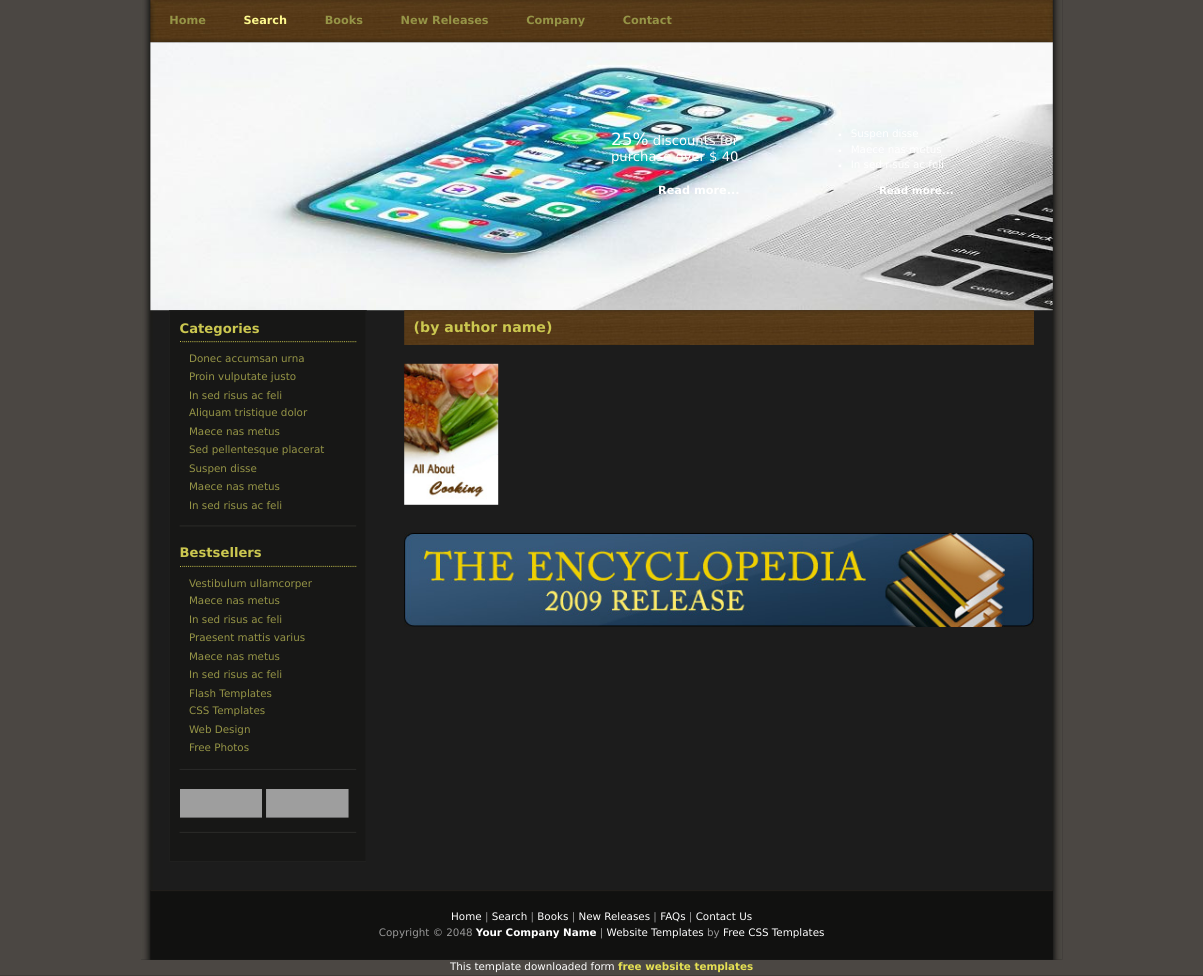
Repository: priyankamergu/MyAllProjects
Page: http://localhost/OnlineShopping/Subpage.jsp
These files come from the project's save history. The page is drawn as it stood at one moment and after the next save; the edit follows.
The browser window is 1280 px wide. The pictures show the whole page, at 94% of full size.
Pictures or frames that could not be fetched are drawn as grey boxes. The page is served by Tomcat 9. Other server files are loaded and not shown. The template is opened directly, without the code that normally fills it, so the values that code supplies are empty.

Above is the page before, as saved 2019-11-21 05:16:39.

### Workspace_JEE7_WEB/OnlineShopping/WebContent/Subpage.jsp
<!DOCTYPE html PUBLIC "-//W3C//DTD XHTML 1.0 Transitional//EN" "http://www.w3.org/TR/xhtml1/DTD/xhtml1-transitional.dtd">
<html xmlns="http://www.w3.org/1999/xhtml">
<%@ taglib prefix = "c" uri = "http://java.sun.com/jsp/jstl/core" %>
    <%@ taglib prefix = "fmt" uri = "http://java.sun.com/jsp/jstl/fmt" %>
<head>
<meta http-equiv="Content-Type" content="text/html; charset=utf-8" />
<title>Book Store Template, Free CSS Template, TemplateMo.com</title>
<meta name="keywords" content="Book Store Template, Free CSS Template, CSS Website Layout, CSS, HTML, TemplateMo.com" />
<meta name="description" content="Book Store Template, Free CSS Template, Download CSS Website from TemplateMo.com" />
<link href="templatemo_style.css" rel="stylesheet" type="text/css" />
</head>
<body>
<!--  Free CSS Templates from www.templatemo.com -->
<div id="templatemo_container">
	<div id="templatemo_menu">
    	<ul>
            <li><a href="index.html">Home</a></li>
            <li><a href="#" class="current">Search</a></li>
            <li><a href="index.html">Books</a></li>
            <li><a href="index.html">New Releases</a></li>
            <li><a href="#">Company</a></li>
            <li><a href="#">Contact</a></li>
    	</ul>
    </div> <!-- end of menu -->

    <div id="templatemo_header">
    	<div id="templatemo_special_offers">
        	<p>
                <span>25%</span> discounts for
        purchase over $ 40
        	</p>
			<a href="#" style="margin-left: 50px;">Read more...</a>
        </div>


        <div id="templatemo_new_books">
        	<ul>
                <li>Suspen disse</li>
                <li>Maece nas metus</li>
                <li>In sed risus ac feli</li>
            </ul>
            <a href="#" style="margin-left: 50px;">Read more...</a>
        </div>
    </div> <!-- end of header -->

    <div id="templatemo_content">

        <div id="templatemo_content_left">
        	<div class="templatemo_content_left_section">
            	<h1>Categories</h1>
                <ul>
                    <li><a href="index.html">Donec accumsan urna</a></li>
                    <li><a href="index.html">Proin vulputate justo</a></li>
                    <li><a href="#">In sed risus ac feli</a></li>
                    <li><a href="#">Aliquam tristique dolor</a></li>
                    <li><a href="#">Maece nas metus</a></li>
                    <li><a href="#">Sed pellentesque placerat</a></li>
                    <li><a href="#">Suspen disse</a></li>
                    <li><a href="#">Maece nas metus</a></li>
                    <li><a href="#">In sed risus ac feli</a></li>
            	</ul>
            </div>
			<div class="templatemo_content_left_section">
            	<h1>Bestsellers</h1>
                <ul>
                    <li><a href="#">Vestibulum ullamcorper</a></li>
                    <li><a href="#">Maece nas metus</a></li>
                    <li><a href="#">In sed risus ac feli</a></li>
                    <li><a href="#">Praesent mattis varius</a></li>
                    <li><a href="#">Maece nas metus</a></li>
                    <li><a href="#">In sed risus ac feli</a></li>
                    <li><a href="http://www.flashmo.com" target="_parent">Flash Templates</a></li>
                    <li><a href="http://www.templatemo.com" target="_parent">CSS Templates</a></li>
                    <li><a href="http://www.webdesignmo.com" target="_parent">Web Design</a></li>
                    <li><a href="http://www.photovaco.com" target="_parent">Free Photos</a></li>
            	</ul>
            </div>

            <div class="templatemo_content_left_section">
                <a href="http://validator.w3.org/check?uri=referer"><img style="border:0;width:88px;height:31px" src="http://www.w3.org/Icons/valid-xhtml10" alt="Valid XHTML 1.0 Transitional" width="88" height="31" vspace="8" border="0" /></a>
<a href="http://jigsaw.w3.org/css-validator/check/referer"><img style="border:0;width:88px;height:31px"  src="http://jigsaw.w3.org/css-validator/images/vcss-blue" alt="Valid CSS!" vspace="8" border="0" /></a>
			</div>
        </div> <!-- end of content left -->

        <div id="templatemo_content_right">

            <h1>${product.code}<span>(by author name)</span></h1>
            <div class="image_panel"><img src="images/templatemo_image_02.jpg" alt="CSS Template" width="100" height="150" /></div>
          <h2>${product.description}</h2>
         <!--   <ul>
	            <li>By Deke <a href="#">McClelland</a></li>
            	<li>January 2024</li>
                <li>Pages: 498</li>
                <li>ISBN 10: 0-496-91612-0 | ISBN 13: 9780492518154</li>
            </ul>-->
          <!--   <c:forEach items="${product.categoryList }" var="category">

            <li>${category.categoryCode}-${category.categoryDescription}</li>

            </c:forEach>-->
            <p>${product.description }</p>





             <div class="cleaner_with_height">&nbsp;</div>

            <a href="index.html"><img src="images/templatemo_ads.jpg" alt="css template ad" /></a>

        </div> <!-- end of content right -->

    	<div class="cleaner_with_height">&nbsp;</div>
    </div> <!-- end of content -->

    <div id="templatemo_footer">
	       <a href="index.html">Home</a> | <a href="index.html">Search</a> | <a href="index.html">Books</a> | <a href="#">New Releases</a> | <a href="#">FAQs</a> | <a href="#">Contact Us</a><br />
        Copyright © 2048 <a href="#"><strong>Your Company Name</strong></a> | <a href="http://www.iwebsitetemplate.com" target="_parent">Website Templates</a> by <a href="http://www.templatemo.com" target="_parent">Free CSS Templates</a>
	</div> <!-- end of footer -->
<!--  Free CSS Template www.templatemo.com -->
</div> <!-- end of container -->
<div align=center>This template  downloaded form <a href='http://all-free-download.com/free-website-templates/'>free website templates</a></div></body>
</html>

### Workspace_JEE7_WEB/OnlineShopping/WebContent/templatemo_style.css
/*
CSS Credit: http://www.templatemo.com/
*/

body {
	margin: 0;
	padding: 0;
	line-height: 1.5em;
	font-family: Verdana, Arial, san-serif;
	font-size: 11px;
	color: #ffffff;
	background: #4b4743;
}

a:link, a:visited { color: #e6e154; text-decoration: none; font-weight: bold;}
a:active, a:hover { color: #e6e154; text-decoration: underline;}

p {
	margin: 0px;
	padding: 0px;
}

img {
	margin: 0px;
	padding: 0px;
	border: none;
}


.cleaner {
	clear: both;
	width: 100%;
	height: 1px;
	font-size: 1px;
}

.cleaner_with_height {
	clear: both;
	width: 100%;
	height: 30px;
	font-size: 1px;
}

.cleaner_with_width {
	float: left;
	width: 20px;
	height: 30px;
	font-size: 1px;
}

.buy_now_button a{
	clear: both;
	text-align: center;
	display: block;
	width: 100px;
	padding: 4px 0 5px 0;
	margin-bottom: 10px;
	background: url(images/templatemo_btn_02.jpg) no-repeat;
	color: #FFFFFF;
	font-weight: bold;
	text-decoration: none;
}

.detail_button a{
	clear: both;
	text-align: center;
	display: block;
	width: 100px;
	padding: 4px 0 5px 0;
	margin-bottom: 10px;
	background: url(images/templatemo_btn_01.jpg) no-repeat;
	color: #ffffff;
	font-weight: bold;
	text-decoration: none;
}

#templatemo_container{
	width: 960px;
	margin: 0 auto;
	padding: 0 10px;
	background: #1c1c1b url(images/templatemo_bg.jpg) repeat-y;
}


/* menu */

#templatemo_menu {
	clear: both;
	width: 960px;
	height: 45px;
	background: url(images/templatemo_menu_bg.jpg) no-repeat;
}

#templatemo_menu ul {
	padding: 13px 0 0 0;
	margin: 0;
	list-style: none;
}

#templatemo_menu ul li{
	display: inline;
}

#templatemo_menu ul li a{
	float: left;
	padding: 0 20px;
	font-size: 12px;
	font-weight: bold;
	text-align: center;
	text-decoration: none;
	color: #969547;
}

#templatemo_menu li a:hover, #templatemo_menu li .current{
	color: #fcf88e;
}

/* end of menu*/

/* header */
#templatemo_header {
	clear: both;
	width: 960px;
	height: 285px;
	padding: 0;
	margin: 0;
	background: url(images/headermain.jpg) no-repeat;
}

#templatemo_header a,a:hover {
	color: #ffffff;
}

#templatemo_header #templatemo_special_offers {
	float: left;
	font-size: 14px;
	margin-top: 95px;
	margin-left: 490px;
	width: 180px;
}

#templatemo_special_offers a {
	font-size: 12px;
}

#templatemo_special_offers  p {
	margin: 0 0 20px 0;
}
#templatemo_special_offers p span {
	font-size: 18px;
}

#templatemo_header #templatemo_new_books {
	float: left;
	margin-top: 90px;
	margin-left: 55px;
	width: 180px;
}

#templatemo_new_books ul {
	 margin: 0 0 10px 0;
	 padding: 0 0 0 20px;
}

#templatemo_new_books li {
	 margin: 0;
	 padding: 0;
}


/* end of header */


/* content */
#templatemo_content {
	clear: both;
	width: 920px;
	padding: 0 20px;
}

#templatemo_content #templatemo_content_left {
	float: left;
	width: 188px;
	padding: 10px;
	background-color: #171716;
	border: 1px solid #212120;
}

#templatemo_content #templatemo_content_right {
	float: right;
	width: 670px;
}


#templatemo_content_left .templatemo_content_left_section{
	clear: both;
	padding-bottom: 10px;
	border-bottom: 1px solid #2b2b2a;
	margin-bottom: 20px;
}

.templatemo_content_left_section h1 {
	font-size: 14px;
	color: #cbc750;
	padding: 0 0 5px 0;
	margin: 0 0 10px 0;
	border-bottom: 1px dotted #cbc750;
}

.templatemo_content_left_section ul {
	padding: 0;
	margin: 0;
}

.templatemo_content_left_section ul li{
	padding: 0 0 3px 10px;
	list-style: none;
}

.templatemo_content_left_section ul li a{
	font-weight: normal;
	text-decoration: none;
	color: #969547;
}

.templatemo_content_left_section li a:hover, .templatemo_content_left_section li .current{
	color: #fcf88e;
}





#templatemo_content_right .templatemo_product_box {
	float: left;
	width: 303px;
	height: 210px;
	padding: 10px;
	border: 1px solid #333;
}

#templatemo_content_right h1 {
	padding: 10px;
	margin: 0 0 20px 0;
	font-size: 15px;
	color: #cbc750;
	background: url(images/templatemo_h1_bg.jpg);
}

#templatemo_content_right h2 {
	padding: 0 0 0 0;
	margin: 0 0 20px 0;
	font-size: 12px;
	color: #e6e154;
}

#templatemo_content_right h3 {
	padding: 0;
	margin: 0 0 20px 0;
	font-size: 18px;
	color: #85391f;
}

#templatemo_content_right ul {
	margin: 0 0 20px 0;
	padding: 0 0 0 20px;
	list-style: none;
}

#templatemo_content_right li {
	padding: 0 0 3px 0;
}

#templatemo_content_right .image_panel {
	float: left;
	width: 100px;
	margin-right: 20px;
}

#templatemo_content_right p {
	text-align: justify;
	padding: 0 0 8px 0;
}

.templatemo_product_box h1 span {
	font-weight: normal;
}

.templatemo_product_box img {
	float: left;
	margin-right: 20px;
}

.templatemo_product_box .product_info {
	float: left;
	width: 180px;
}

.product_info p {
	margin-bottom: 15px;
}

/* end of content */

/* footer */
#templatemo_footer {
	clear: both;
	width: 960px;
	padding: 20px 0px 20px 0;
	text-align: center;
	border-top: 1px solid #25211e;
	color: #999;
	background-color: #111110;
}

#templatemo_footer a{
	color: #fff;
	font-weight: normal;
}
/* end of footer */

After the next save:
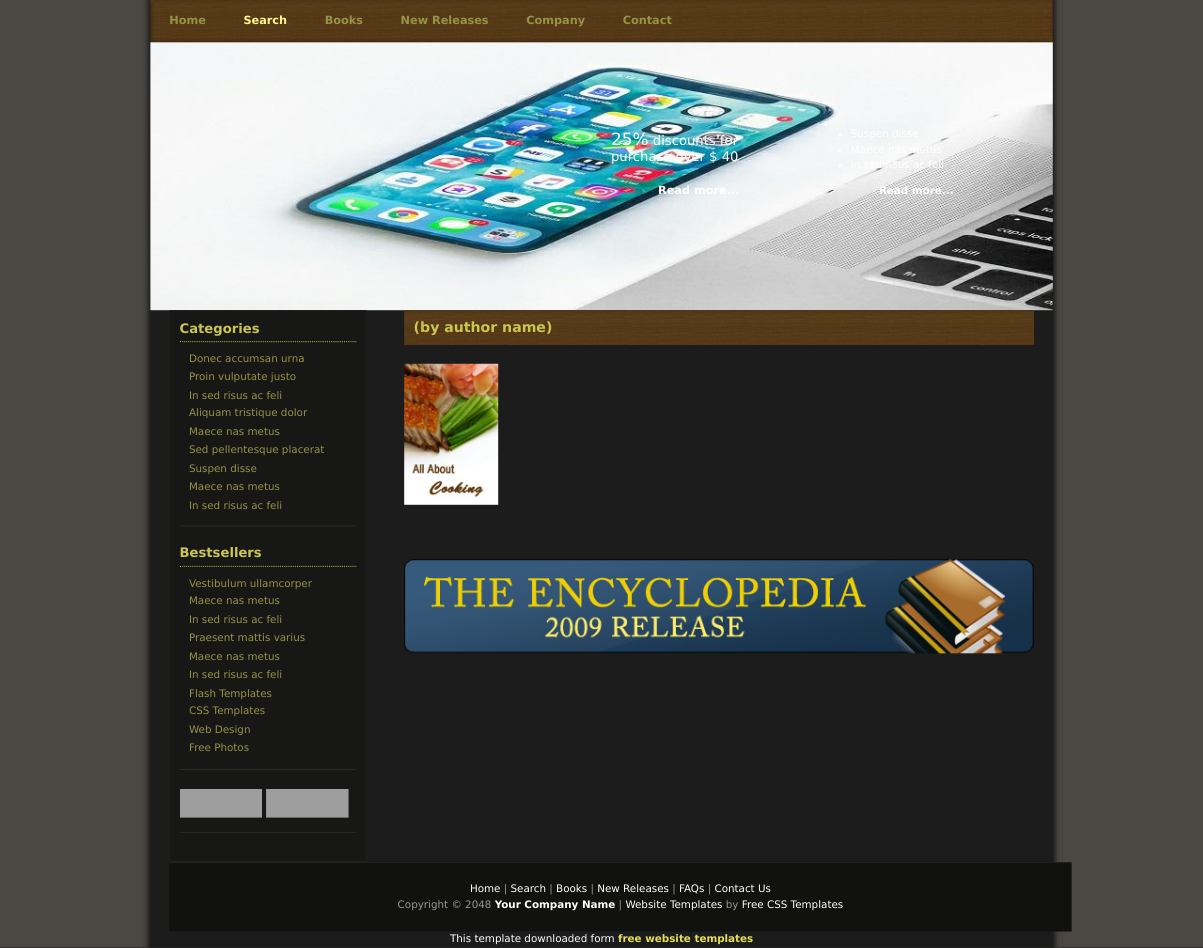
Saved 31 s later.
--- a/Workspace_JEE7_WEB/OnlineShopping/WebContent/Subpage.jsp
+++ b/Workspace_JEE7_WEB/OnlineShopping/WebContent/Subpage.jsp
@@ -85,7 +85,7 @@
         <div id="templatemo_content_right">
 
             <h1>${product.code}<span>(by author name)</span></h1>
-            <div class="image_panel"><img src="images/templatemo_image_02.jpg" alt="CSS Template" width="100" height="150" /></div>
+            <div class="image_panel"><img src="images/templatemo_image_02.jpg" alt="CSS Template" width="100" height="150" />
           <h2>${product.description}</h2>
          <!--   <ul>
 	            <li>By Deke <a href="#">McClelland</a></li>
